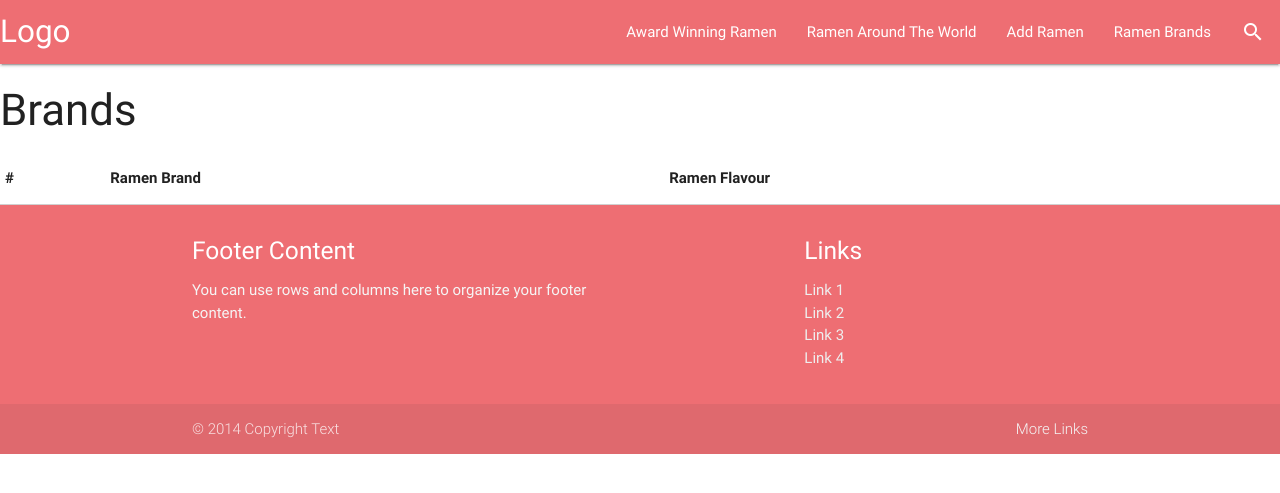
Repository: Paddlepop25/codeinstitute-insta-ramen
Page: templates/brands.html
The author's editor kept a record of every edit. The page is drawn from the files as they stood at one moment, then again after the next edit.
The browser window is 1280 px wide. The pictures show the whole page.
Some web libraries are served in a nearby version. The page is served by the project's application, run on Flask 3 (app.py). The template is opened directly, without the code that normally fills it, so the values that code supplies are empty.

Above is the page before.

After the next edit:
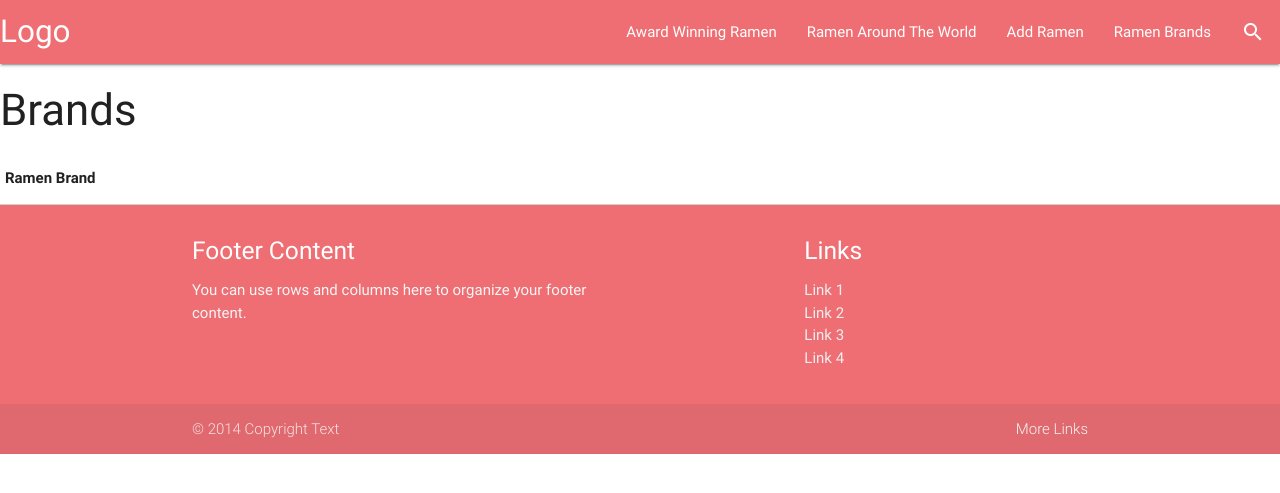
The edit:
--- a/templates/brands.html
+++ b/templates/brands.html
@@ -4,9 +4,9 @@
 
 <table>
   <thead>
-    <th>#</th>
     <th>Ramen Brand</th>
-    <th>Ramen Flavour</th>
+    <th></th>
+    <th></th>
     {% for brand in brands %}
     <tr>
       <td>{{ brand.Brand }}</td>
